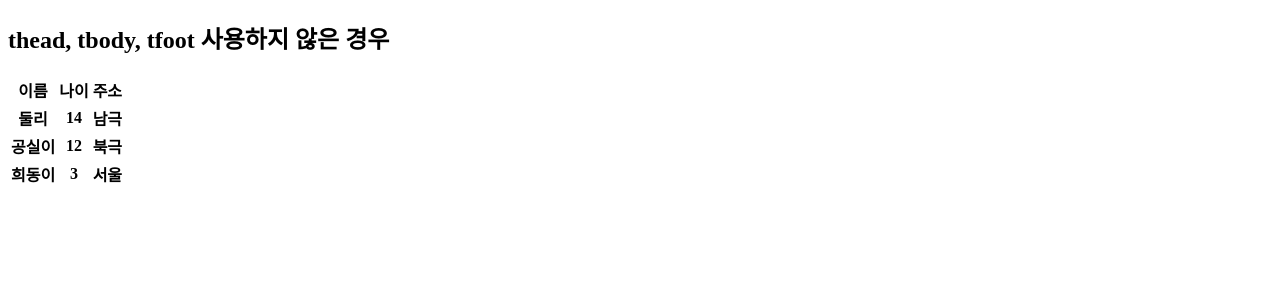
Repository: Kebiskim/2023_WebStudy
Page: 01_01_html/src/main/webapp/day02/Ex09_table.html
The author's editor kept a copy of each file at every save. The page is drawn from the files as they stood at one save, then again after the next save.
The browser window is 1280 px wide. The pictures show the whole page.

Above is the page before, as saved 2023-06-20 03:57:32.

### 01_01_html/src/main/webapp/day02/Ex09_table.html
<!DOCTYPE html>
<html>
<head>
<meta charset="UTF-8">
<title>table : 테이블 (표)</title>
</head>
<body>
<!--
	table 태그 안에 존재하는 태그들
	- thread 태그 : 테이블의 머리글, 생략가능
	- tbody 태그 : 테이블 본문
	- tfoot 태그 : 테이블의 꼬리글, 생략가능

	-- tr 태그 : 행
		--- th 태그 : 행안에 존재하는 컬럼
		--- td 태그

		테이블 태그에 테두리를 지정하지 않으면 나타나지 않음
		보통 style을 지정해서 테이블 테두리를 만든다.
 -->

 <h2>thead, tbody, tfoot 사용하지 않은 경우</h2>
 <table style="width: 70%">
 <table>
 	<tr>
 		<th>이름</th><th>나이</th><th>주소</th>
 	</tr>
 	<tr>
 		<th>둘리</th><th>14</th><th>남극</th>
 	</tr>
 	<tr>
 		<th>공실이</th><th>12</th><th>북극</th>
 	</tr>
 	<tr>
 		<th>희동이</th><th>3</th><th>서울</th>
 	</tr>
 </table>

</body>
</html>

After the next save:
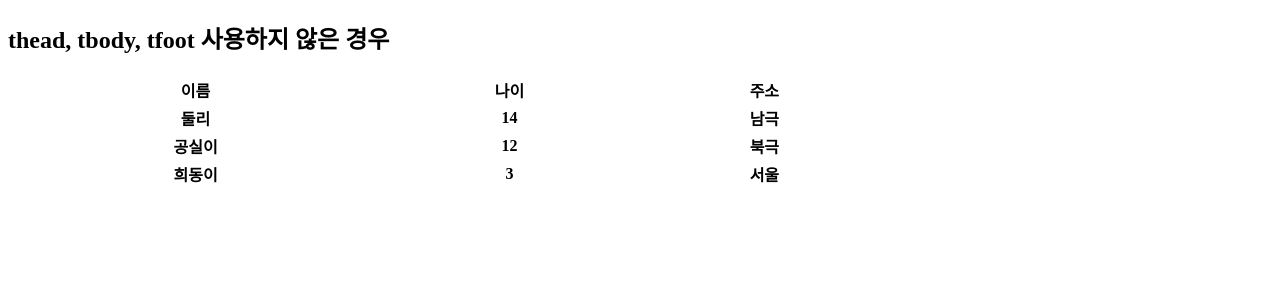
Saved 9 s later.
--- a/01_01_html/src/main/webapp/day02/Ex09_table.html
+++ b/01_01_html/src/main/webapp/day02/Ex09_table.html
@@ -21,7 +21,6 @@
 
  <h2>thead, tbody, tfoot 사용하지 않은 경우</h2>
  <table style="width: 70%">
- <table>
  	<tr>
  		<th>이름</th><th>나이</th><th>주소</th>
  	</tr>
